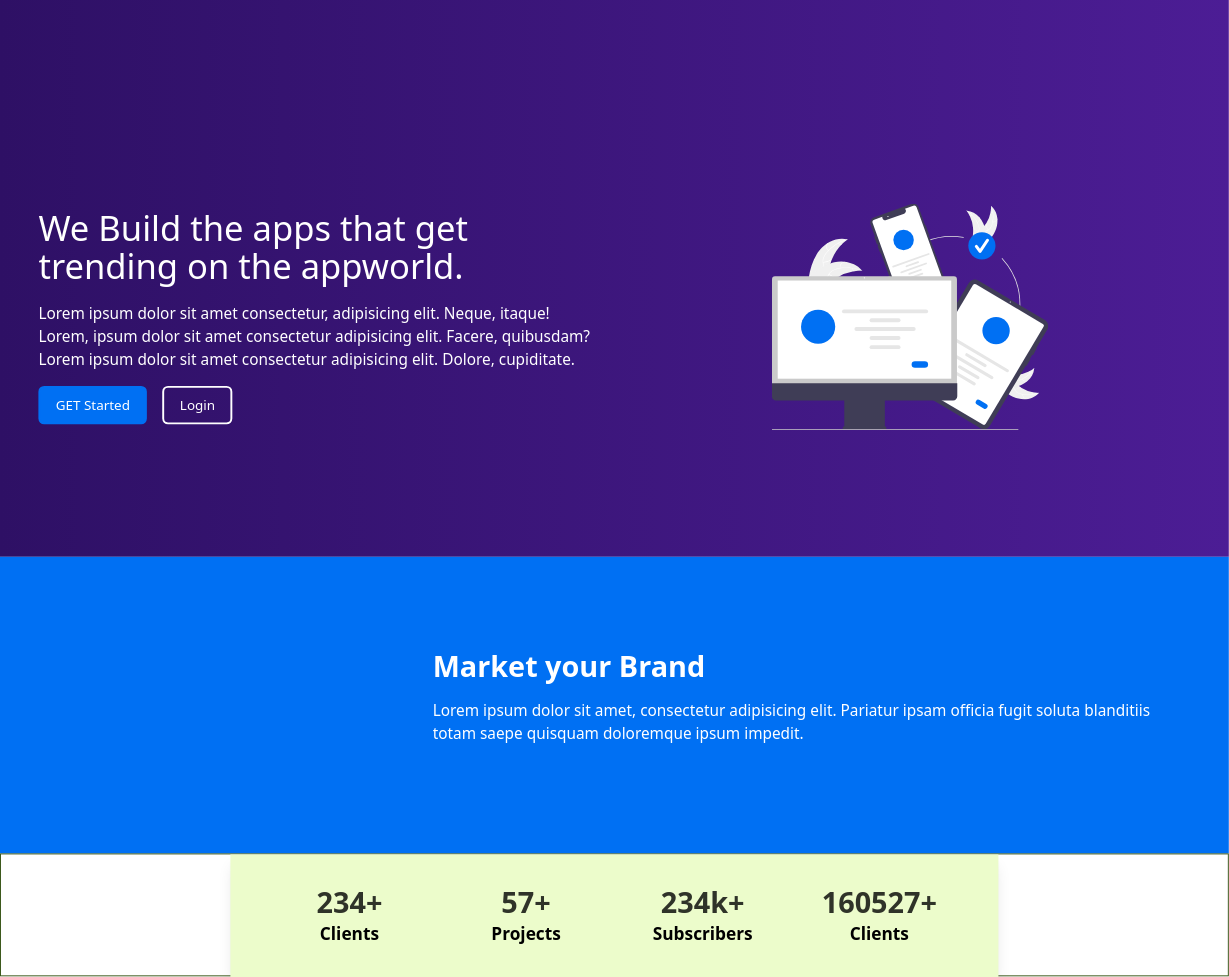
Repository: Kish202/Coz-Marketing-Site
Page: / (app in frontend/)
An editor plug-in stored every save of this project. The page is shown before and after the next save, followed by the edit.
The browser window is 1280 px wide. The pictures show the whole page, at 96% of full size.
The project was rebuilt for these pictures with package versions that can differ from the ones it lists, and the page was loaded fresh each time. Also part of the build but not shown: frontend/vite.config.js.

Above is the page before, as saved 2025-03-09 20:59:07.

After the next save:
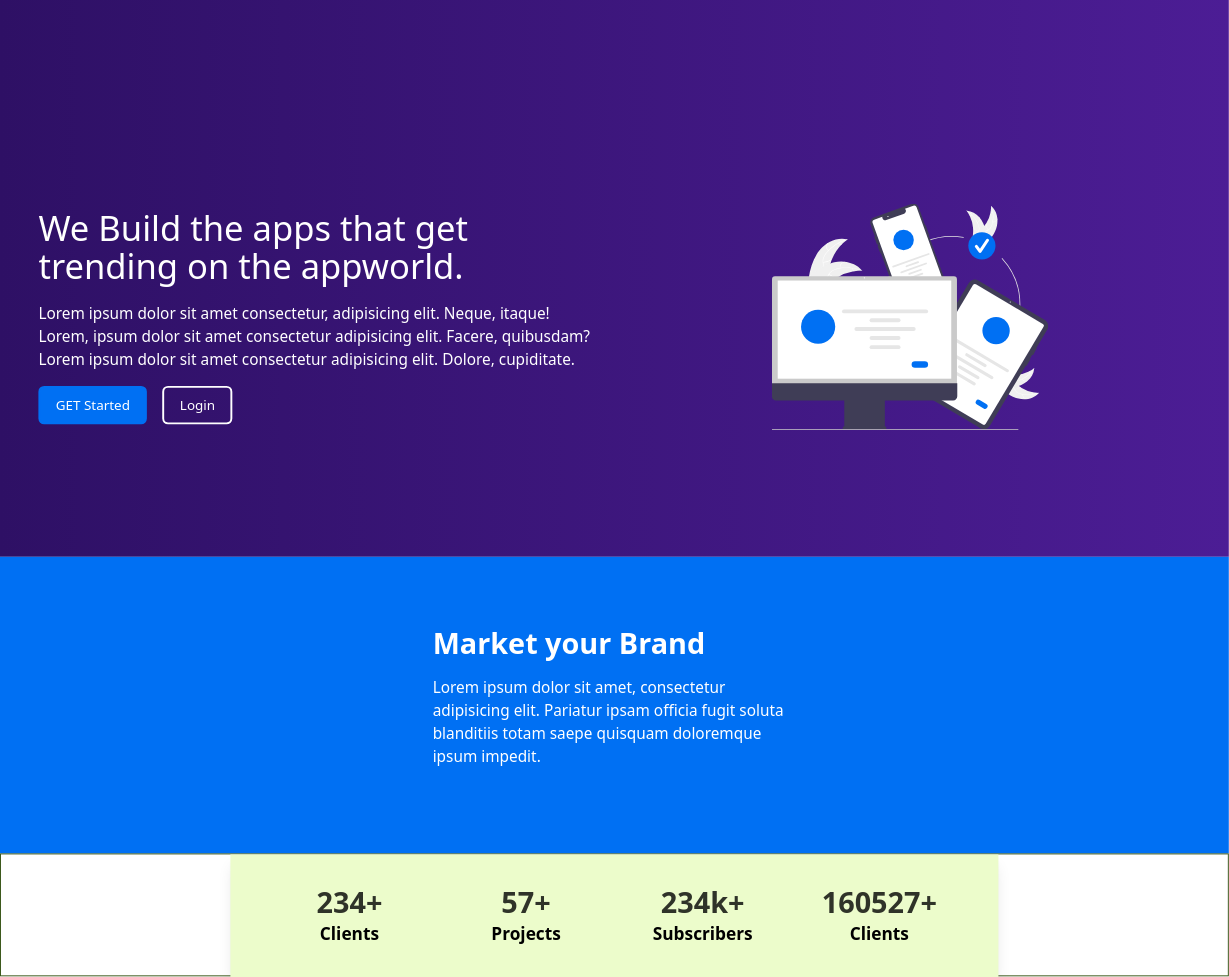
Saved 38 s later.
--- a/frontend/src/components/BannerDetails.jsx/BannerDetails.jsx
+++ b/frontend/src/components/BannerDetails.jsx/BannerDetails.jsx
@@ -10,7 +10,7 @@
 
 
             <div className="grid grid-cols-1 items-center gap-4 sm:text-ellipsis md:grid-cols-3 md:gap-8">
-<div className="order-2 flex flex-col items-center gap-4 text-center text-white md:col-span-2 md:items-start md:text-left">
+<div className="order-2 flex flex-col items-center gap-4 text-center text-white md:items-start md:text-left">
 <h1 className="text-3xl font-bold">
     Market your Brand
 

After the save that followed:
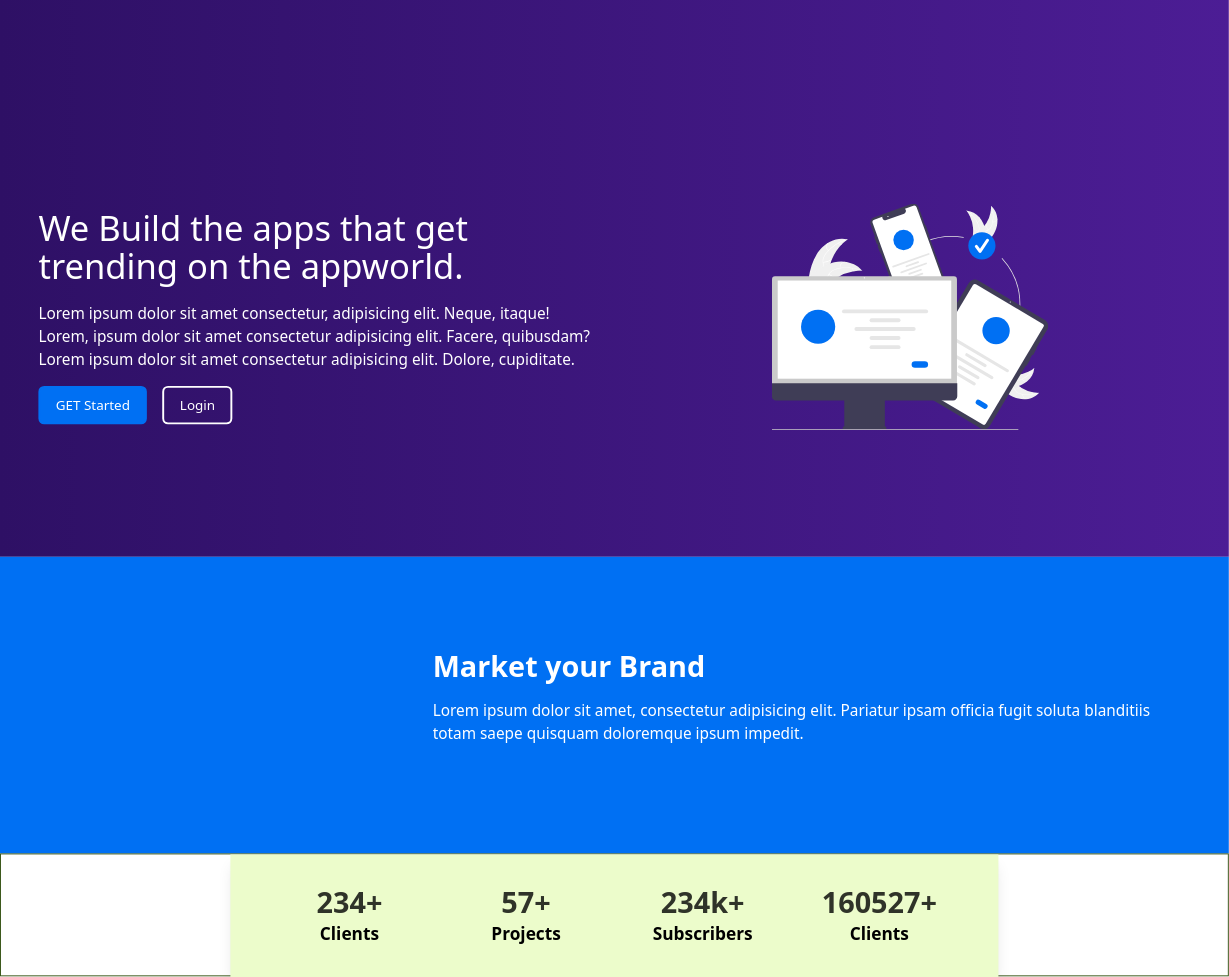
Saved 19 s later.
--- a/frontend/src/components/BannerDetails.jsx/BannerDetails.jsx
+++ b/frontend/src/components/BannerDetails.jsx/BannerDetails.jsx
@@ -10,7 +10,7 @@
 
 
             <div className="grid grid-cols-1 items-center gap-4 sm:text-ellipsis md:grid-cols-3 md:gap-8">
-<div className="order-2 flex flex-col items-center gap-4 text-center text-white md:items-start md:text-left">
+<div className="order-2 flex flex-col items-center gap-4 text-center text-white md:col-span-2 md:items-start md:text-left">
 <h1 className="text-3xl font-bold">
     Market your Brand
 
